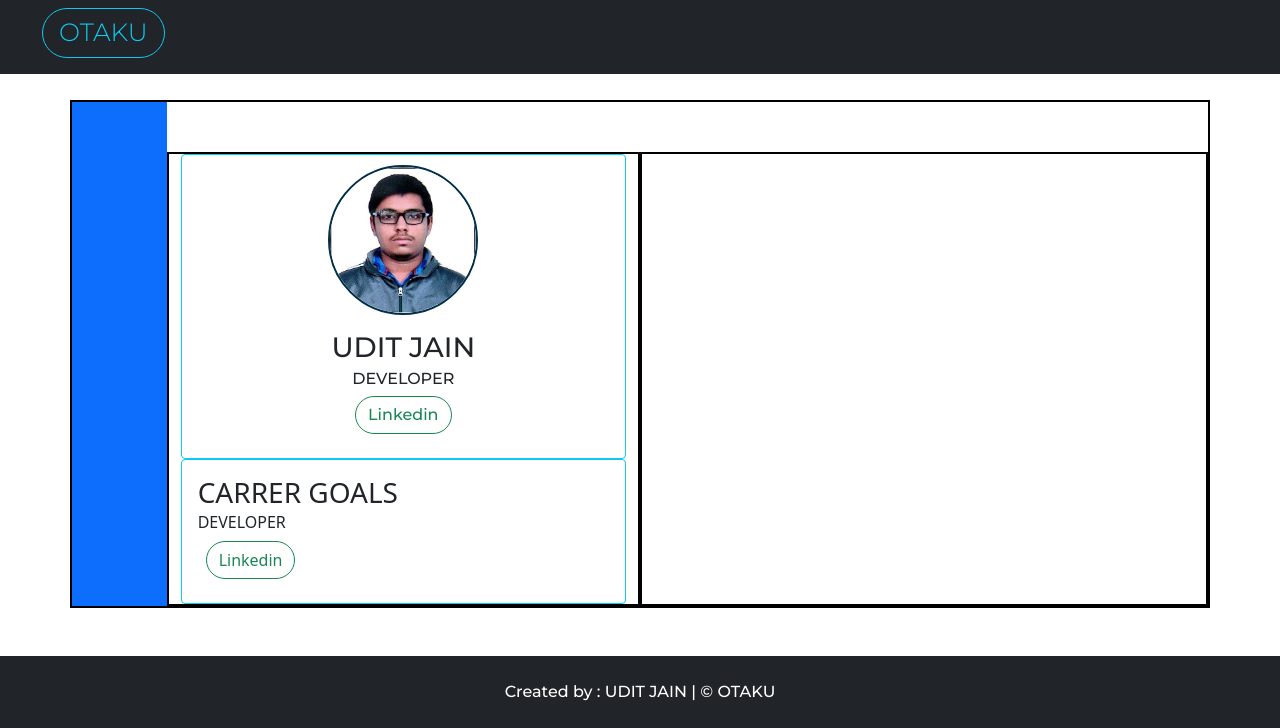
Repository: uditjain100/Responsive-Resume
Page: layouts/index.html
These files come from the project's save history. The page is drawn as it stood at one moment and after the next save; the edit follows.
The browser window is 1280 px wide. The pictures show the whole page.
Some web libraries are served in a nearby version.

Above is the page before, as saved 2021-03-01 14:04:20.

After the next save:
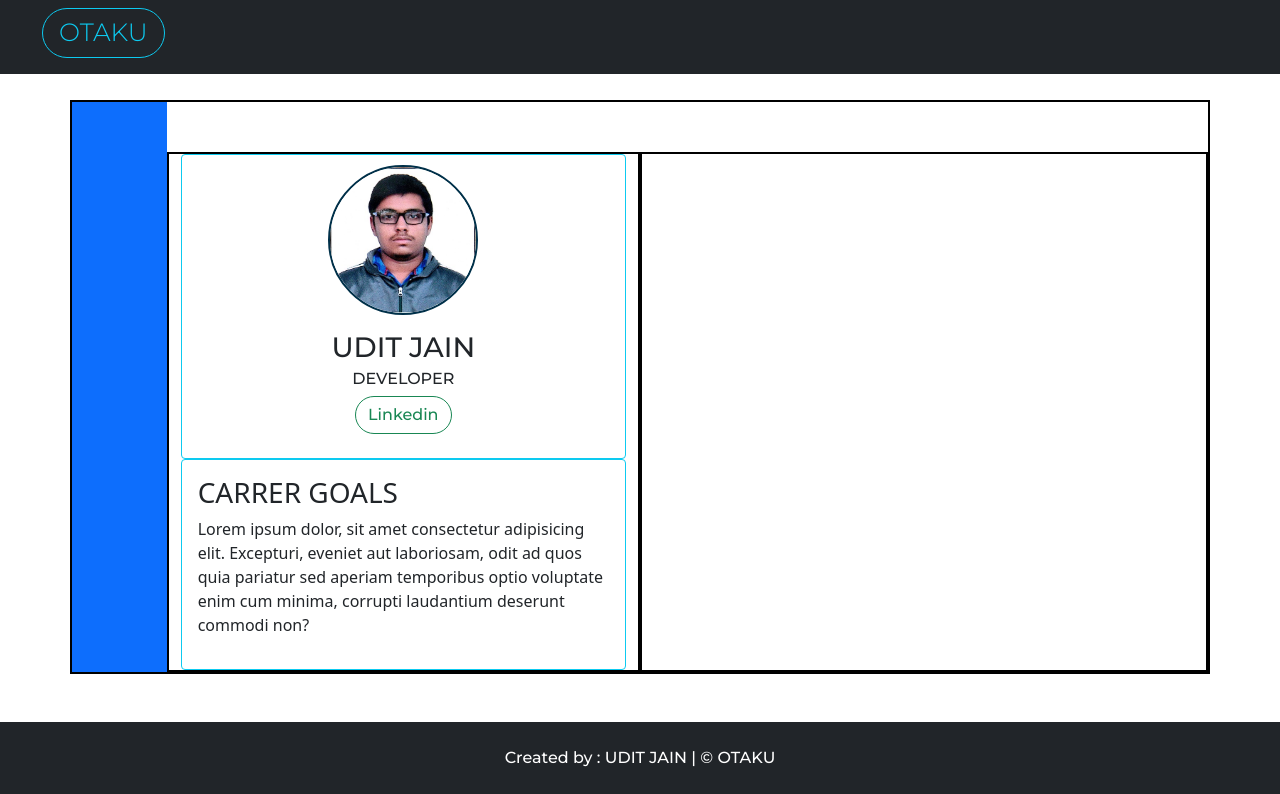
Saved 24 s later.
--- a/layouts/index.html
+++ b/layouts/index.html
@@ -79,10 +79,12 @@
           <div id="goalbox" class="card border border-info">
             <div class="card-body">
               <h3 class="card-title">CARRER GOALS</h3>
-              <h6 class="card-subtitle">DEVELOPER</h6>
-              <a href="#" class="btn btn-outline-success rounded-pill m-2"
-                >Linkedin</a
-              >
+              <p>
+                Lorem ipsum dolor, sit amet consectetur adipisicing elit.
+                Excepturi, eveniet aut laboriosam, odit ad quos quia pariatur
+                sed aperiam temporibus optio voluptate enim cum minima, corrupti
+                laudantium deserunt commodi non?
+              </p>
             </div>
           </div>
         </div>
